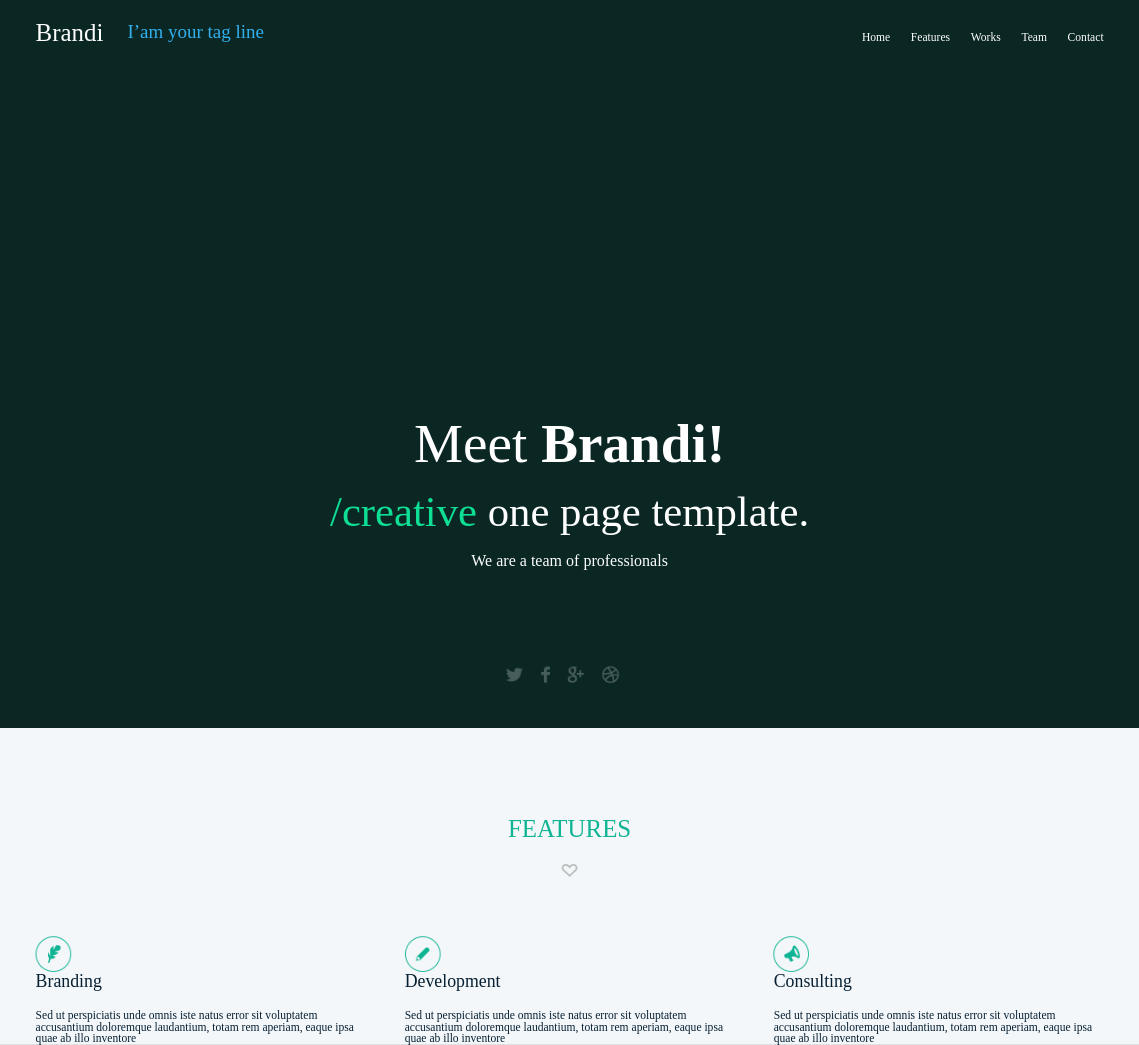
Repository: iravakilova/Brandi
Page: app/index.html
These files come from the project's save history. The page is drawn as it stood at one moment and after the next save; the edit follows.
The browser window is 1280 px wide. The pictures show the whole page, at 89% of full size.

Above is the page before, as saved 2020-02-14 22:33:28.

### app/index.html
<!DOCTYPE html>
<html lang="en">
<head>
    <meta charset="UTF-8">
    <meta name="viewport" content="width=device-width, initial-scale=1.0">
    <title>BRANDI</title>
    <link rel="stylesheet" href="reset.css">
    <link rel="stylesheet" href="style.css">
</head>
<body>

    <!-- header -->

    <header class="header">
        <div class="container">
            <div class="header__inner">
                <div class="header__logo">
                    <p class="logo">Brandi</p>
                    <p class="logo-text">I’am your tag line</p>
                </div>

                <nav class="nav">
                    <a class="nav__link active" href="#">Home</a>
                    <a class="nav__link" href="#">Features</a>
                    <a class="nav__link" href="#">Works</a>
                    <a class="nav__link" href="#">Team</a>
                    <a class="nav__link" href="#">Contact</a>
                </nav>
            </div>
        </div>

        <div class="intro">
            <div class="container">
                <div class="intro__inner">
                    <h1 class="intro__title">Meet <span style="font-weight: bold;">Brandi! </span> </h1>
                    <h2 class="intro__suptitle"><span style="color:#0fde95;">/creative</span> one page template.</h2>
                    <span class="intro__descr">We are a team of professionals</span>
                </div>
                <div class="social">
                    <a class="social__link" href="#"><img src="./img/twitter.png" alt="twitter"></a>
                    <a class="social__link" href="#"><img src="./img/facebook.png" alt="facebook"></a>
                    <a class="social__link" href="#"><img src="./img/google.png" alt="google"></a>
                    <a class="social__link" href="#"><img src="./img/dribbble.png" alt="dribbble"></a>
                </div>
            </div>
        </div>
    </header>

    <!-- features -->

    <section class="features">
        <div class="container">
            <h3 class="unit-title">Features</h3>
            <img class="heart" src="./img/heart.png" alt="">
            <div class="features__inner">
                <div class="features__var">
                    <img class="features__image" src="./img/features-1.png" alt="">
                    <h4 class="features__title">Branding</h4>
                    <p class="features__descr">Sed ut perspiciatis unde omnis iste natus error sit voluptatem accusantium doloremque laudantium, totam rem aperiam, eaque ipsa quae ab illo inventore</p>
                </div>
                <div class="features__var">
                    <img class="features__image" src="./img/features-2.png" alt="">
                    <h4 class="features__title">Development</h4>
                    <p class="features__descr">Sed ut perspiciatis unde omnis iste natus error sit voluptatem accusantium doloremque laudantium, totam rem aperiam, eaque ipsa quae ab illo inventore</p>
                </div>
                <div class="features__var">
                    <img class="features__image" src="./img/features-3.png" alt="">
                    <h4 class="features__title">Consulting</h4>
                    <p class="features__descr">Sed ut perspiciatis unde omnis iste natus error sit voluptatem accusantium doloremque laudantium, totam rem aperiam, eaque ipsa quae ab illo inventore</p>
                </div>

            </div>
        </div>

    </section>


</body>
</html>

### app/style.css

.container {
    width: 100%;
    max-width: 1200px;
    margin: 0 auto;
}
.unit-title{
    font-family: "﻿OpenSans-Extrabold", "AdobeInvisFont", "MyriadPro-Regular";
    font-size: 28px;
    color: rgba(14, 180, 147, 255);
    text-transform: uppercase;
    text-align: center;
    padding-top: 100px;
}
.heart{
    display: block;
    margin: 0 auto;
    padding-top: 25px;
}

/* header */

.header {
    width: 100%;
    font-family: "Pacifico-Regular", "AdobeInvisFont", "MyriadPro-Regular";
    background-color: #0a2724;
}
.header__inner {
    display: flex;
    justify-content: space-between;
    align-items: center;
    padding-bottom: 394px;
}
.header__logo{
    display: flex;
    justify-content: space-between;
    align-items: center;
    margin: 0;
}
.logo {
    color: #fff;

    font-size: 28px;
    margin-right: 27px;
}
.logo-text{
    font-size: 16pt;
    color: rgba(50, 176, 238, 255);
}
.nav {
    font-size: 13px;
    padding: 35px 0 25px;

}
.nav__link {
    display: inline-block;
    vertical-align: top;
    margin-left: 20px;
    color: #fff;
    text-decoration: none;
}
.intro{
    text-align: center;
}
.intro__inner{
    margin-bottom: 109px;
}
.intro__title{
    font-size: 62px;
    color: #fff;
    padding-bottom: 22px;
}
.intro__suptitle{
    font-size: 48px;
    color: #fff;
    padding-bottom: 22px;
}
.intro__descr{
    font-size: 18px;
    color: #fff;
    margin-bottom: 109px;
}
.social{
    padding-bottom: 50px;
}
.social__link img{
    opacity: 0.25;
    margin-right: 16px;
}
.social img:hover{
    opacity: 1;
}

/* features */

.features{
    width: 100%;
    background-color: #f4f7f9;
}
.features__inner{
    display: flex;
    justify-content: space-between;
    align-items: center;
    padding-top: 67px;
}
.features__var{
    margin-right: 44px;
}
.features__var:last-child{
    margin-right: 0px;
}
.features__image{
    margin-right: 17px;
}
.features__title{
    font-family: "OpenSans-Semibold", "AdobeInvisFont", "MyriadPro-Regular";
    font-size: 20px;
    color: rgba(6, 32, 51, 255);
    padding-bottom: 22px;
}
.features__descr{
    font-family: "OpenSans", "AdobeInvisFont", "MyriadPro-Regular";
    font-size: 13px;
    color: rgba(6, 32, 51, 255);
}

Loaded but not shown: app/reset.css (common file)

After the next save:
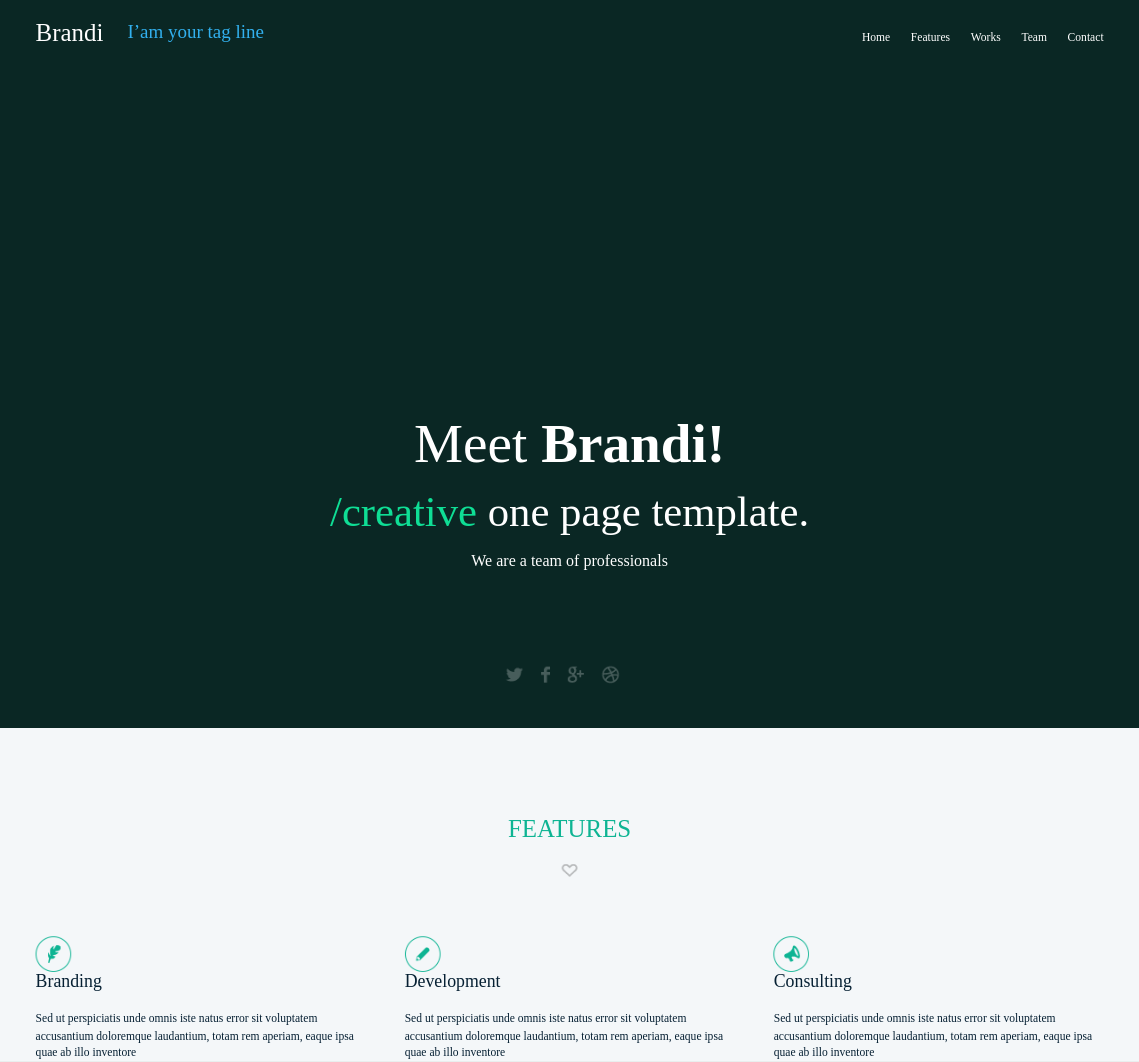
Saved 19 s later.
--- a/app/style.css
+++ b/app/style.css
@@ -121,5 +121,6 @@
 .features__descr{
     font-family: "OpenSans", "AdobeInvisFont", "MyriadPro-Regular";
     font-size: 13px;
+    line-height: 1.5;
     color: rgba(6, 32, 51, 255);
 }
